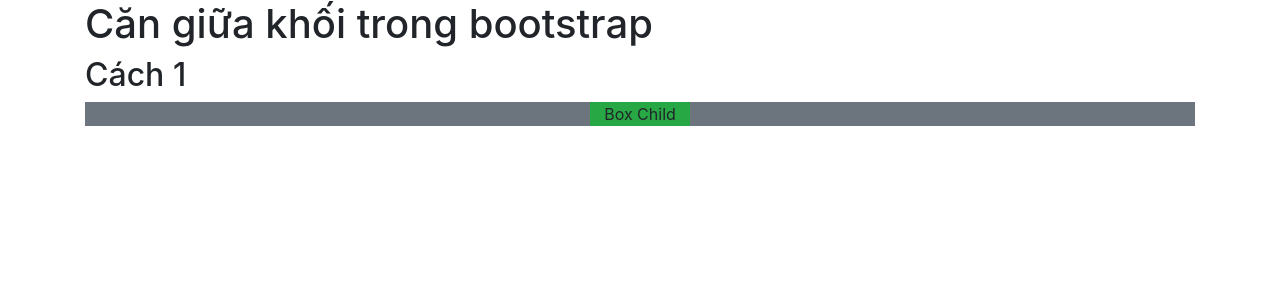
Repository: anhtu2110/front_end
Page: lesson/bootstrap/box/4.6-box-center.html
An editor plug-in stored every save of this project. The page is shown before and after the next save, followed by the edit.
The browser window is 1280 px wide. The pictures show the whole page.

Above is the page before, as saved 2022-12-02 09:35:53.

### lesson/bootstrap/box/4.6-box-center.html
<!DOCTYPE html>
<html lang="en">
  <head>
    <meta charset="UTF-8" />
    <meta http-equiv="X-UA-Compatible" content="IE=edge" />
    <meta name="viewport" content="width=device-width, initial-scale=1.0" />
    <link rel="stylesheet" href="./bootstrap/css/bootstrap.min.css" />
    <title>Căng giữa khối trong bootstrap</title>
  </head>
  <body>
    <style>
      .box-child {
        width: 100px;
      }
    </style>
    <div class="container">
      <div class="row">
        <div class="col-md-12">
          <h1>Căn giữa khối trong bootstrap</h1>
          <h2>Cách 1</h2>
          <div class="box-parent bg-secondary">
            <div class="box-child bg-success mx-auto text-center">
              Box Child
            </div>
          </div>
        </div>
      </div>
    </div>
    <script src="js/jquery-3.6.1.min.js"></script>
    <script src="js/popper.min.js"></script>
    <script src="./bootstrap/js/bootstrap.min.js"></script>
  </body>
</html>

Loaded but not shown: lesson/bootstrap/box/bootstrap/css/bootstrap.min.css (library); lesson/bootstrap/box/js/jquery-3.6.1.min.js (library); lesson/bootstrap/box/js/popper.min.js (library); lesson/bootstrap/box/bootstrap/js/bootstrap.min.js (library)

After the next save:
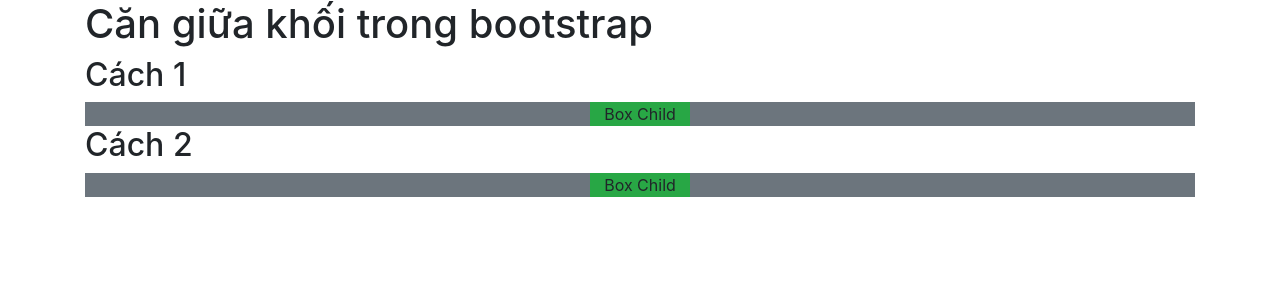
Saved 44 s later.
--- a/lesson/bootstrap/box/4.6-box-center.html
+++ b/lesson/bootstrap/box/4.6-box-center.html
@@ -18,7 +18,13 @@
         <div class="col-md-12">
           <h1>Căn giữa khối trong bootstrap</h1>
           <h2>Cách 1</h2>
-          <div class="box-parent bg-secondary">
+          <div class="box-parent bg-secondary type-1">
+            <div class="box-child bg-success mx-auto text-center">
+              Box Child
+            </div>
+          </div>
+          <h2>Cách 2</h2>
+          <div class="box-parent bg-secondary type-1">
             <div class="box-child bg-success mx-auto text-center">
               Box Child
             </div>
